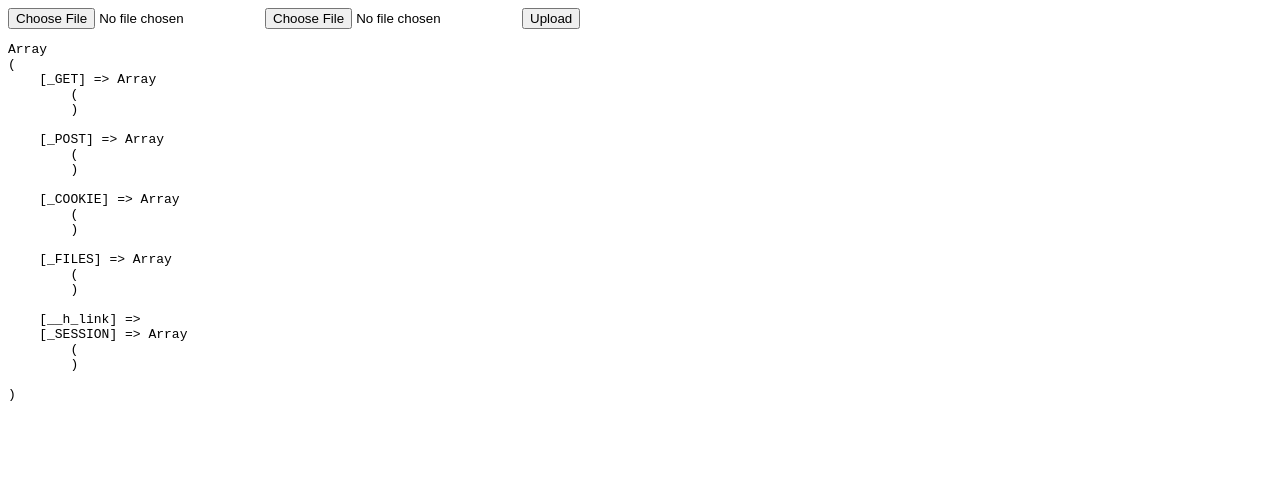
Repository: sara55m/File_Upload
Page: http://localhost/form2.php
An editor plug-in stored every save of this project. The page is shown before and after the next save, followed by the edit.
The browser window is 1280 px wide. The pictures show the whole page.
The page is run by PHP 8.4 with error messages shown; the project is at /var/www/html/.

Above is the page before, as saved 2024-09-02 04:28:36.

After the next save:
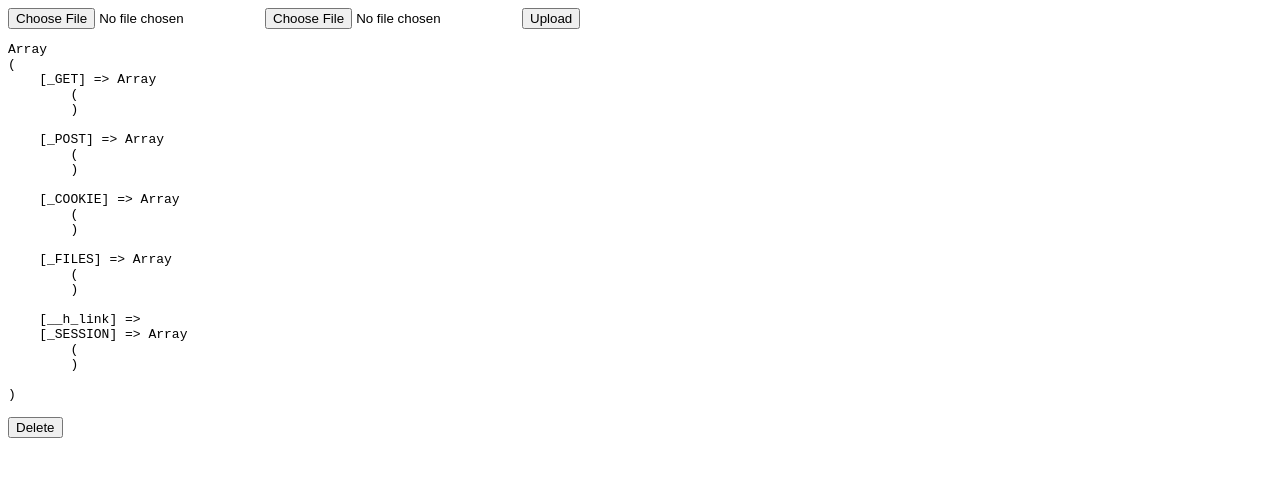
Saved 44 s later.
--- a/form2.php
+++ b/form2.php
@@ -35,17 +35,8 @@ if($_POST){
 }
 
     ?>
-<!--<form action="" method="post">
+<form action="delete_func.php" method="post">
 <input type="submit" name="delete" value="Delete">
-</form>-->
-<?php
-//require("delete_func.php");
-//if(isset($_POST['delete'])){
-    //$delete=delete_func()
-  //  echo "delete";
-
-//}
-
-?>
+</form>
 </body>
 </html>
